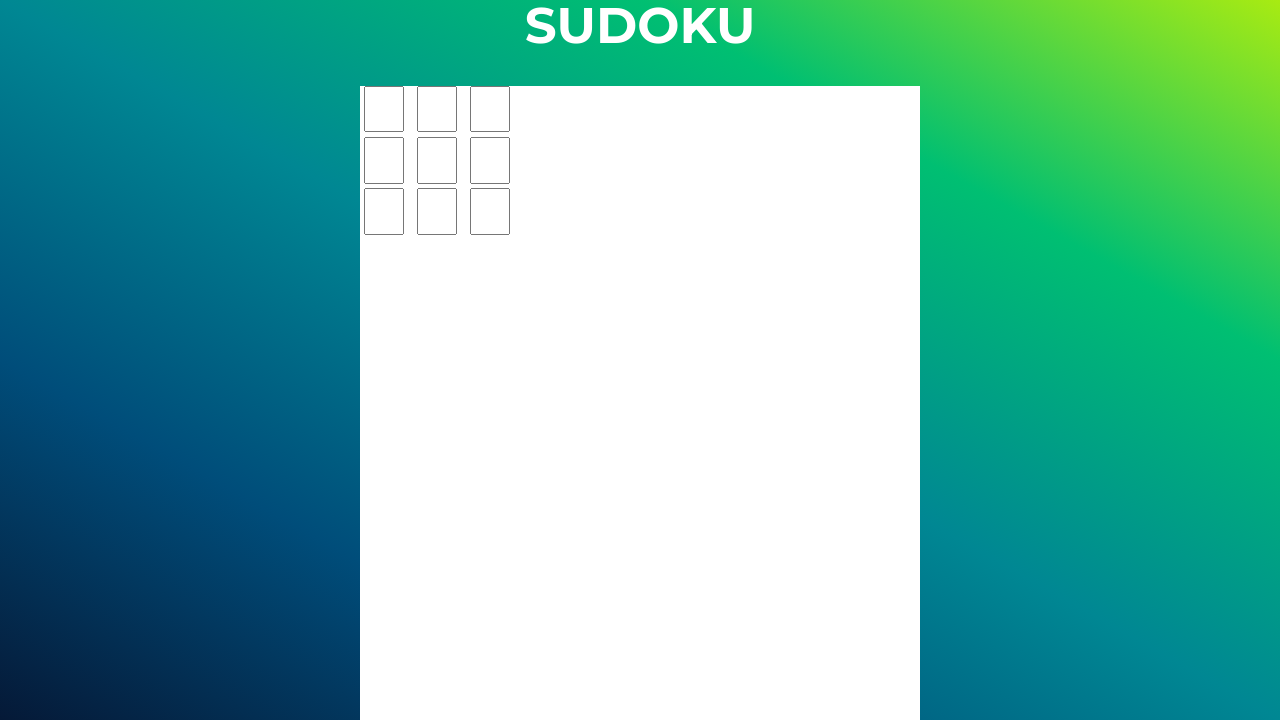
Repository: pattypetrikova/sudoku
Page: index.html
An editor plug-in stored every save of this project. The page is shown before and after the next save, followed by the edit.
The browser window is 1280 px wide. The pictures show the whole page.
Some web fonts or font styles are not loaded; a fallback is used.

Above is the page before, as saved 2022-12-30 10:38:43.

After the next save:
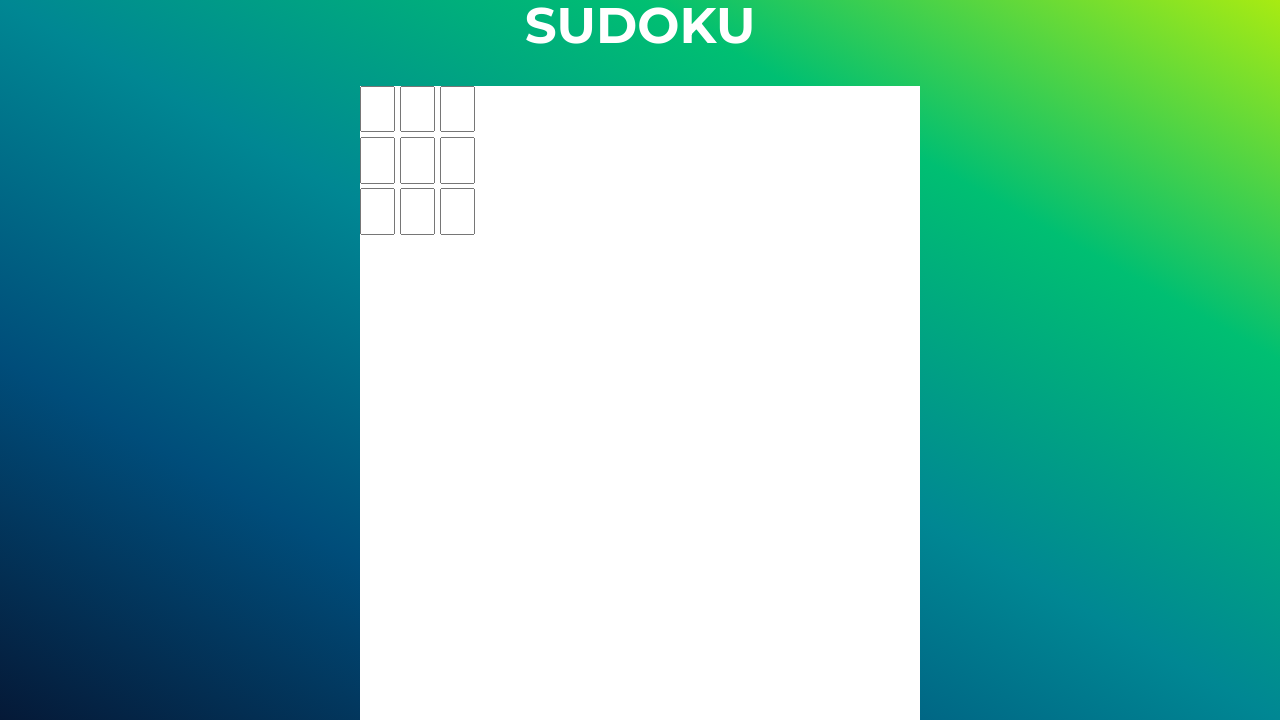
Saved 34 s later.
--- a/assets/style.css
+++ b/assets/style.css
@@ -42,12 +42,12 @@
 
 .board-section {
     display: grid;
-    grid-template-columns: 3em 3em 3em;
+    grid-template-columns: 35px 35px 35px;
     justify-items: center;
     gap: .3em;
 }
 
 .number {
-    width: 3em;
+    width: 35px;
     height: 3.5em;
 }
